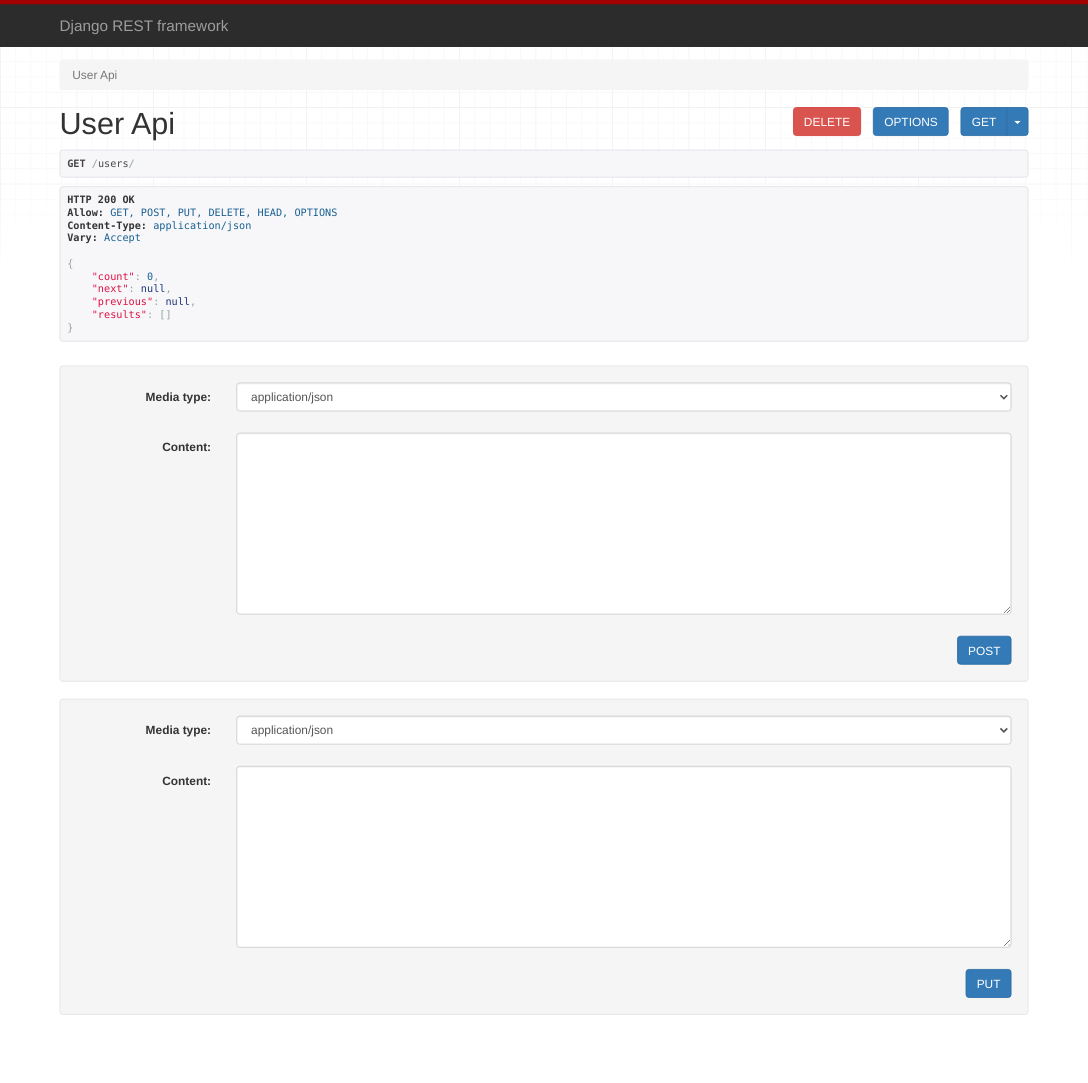
Repository: atulmhar/Pagination
Page: http://localhost/users/
An editor plug-in stored every save of this project. The page is shown before and after the next save, followed by the edit.
The browser window is 1280 px wide. The pictures show the whole page, at 85% of full size.
Backgrounds fixed to the window are drawn as part of the page. The page is served by the project's application, run on Django 4.2 (pagination/manage.py). Queries for data that is not in the repository find no rows.

Above is the page before, as saved 2024-09-28 19:01:40.

After the next save:
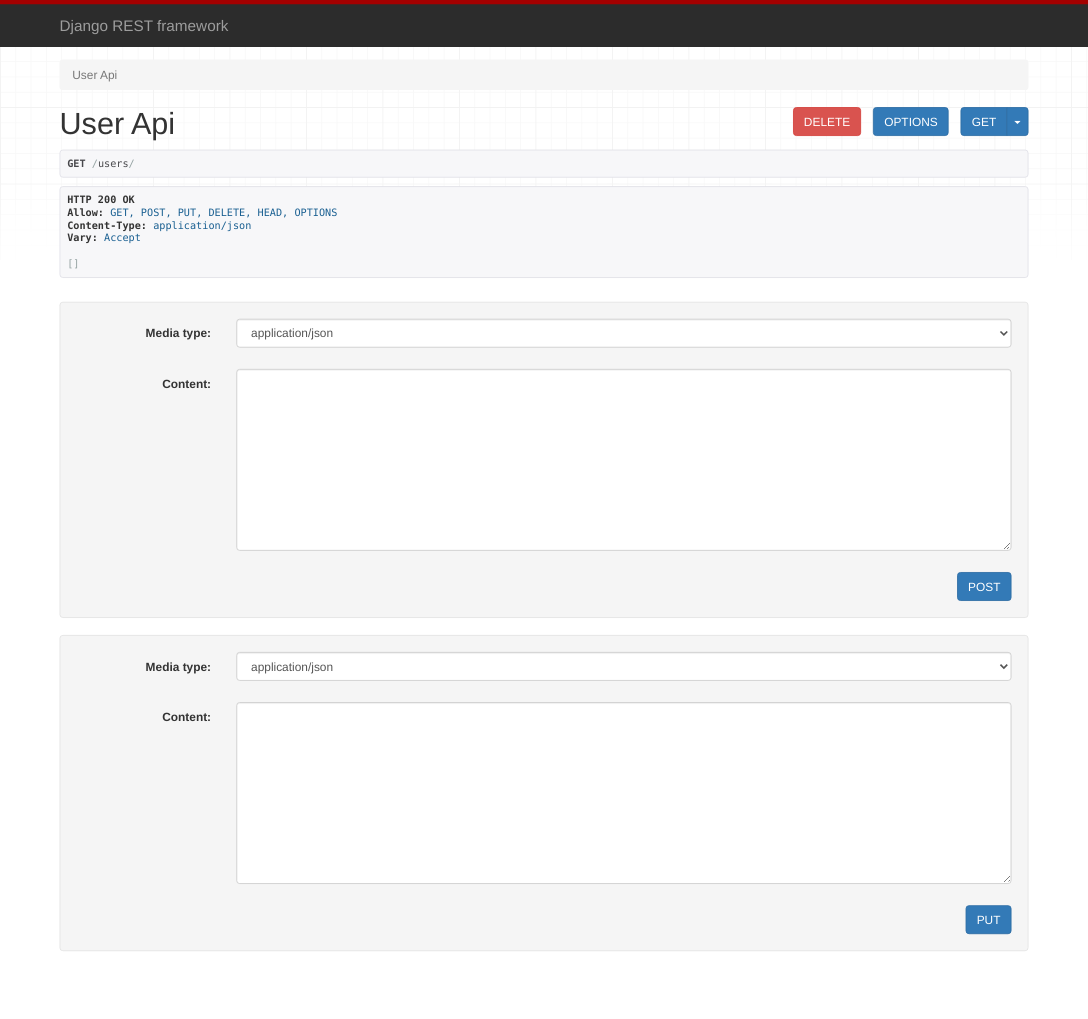
Saved 2 days later.
--- a/pagination/App/views.py
+++ b/pagination/App/views.py
@@ -1,17 +1,10 @@
 from rest_framework.views import APIView
 from rest_framework.response import Response
 from rest_framework import status
-from rest_framework.pagination import PageNumberPagination
 from .models import User
 from .serializers import UserSerializer
 
-class UserPagination(PageNumberPagination):
-    page_size = 10  # Number of users per page
-    page_size_query_param = 'page_size'  # Allow clients to set page size
-    max_page_size = 100  # Maximum page size
-
 class UserAPIView(APIView):
-    pagination_class = UserPagination  # Set the pagination class
 
     def get(self, request, pk=None):
         if pk:  # Retrieve a single user if pk is provided
@@ -21,12 +14,10 @@ class UserAPIView(APIView):
                 return Response(serializer.data)
             except User.DoesNotExist:
                 return Response(status=status.HTTP_404_NOT_FOUND)
-        else:  # List all users with pagination
+        else:  # List all users without pagination
             users = User.objects.all()
-            paginator = self.pagination_class()
-            paginated_users = paginator.paginate_queryset(users, request)
-            serializer = UserSerializer(paginated_users, many=True)
-            return paginator.get_paginated_response(serializer.data)
+            serializer = UserSerializer(users, many=True)
+            return Response(serializer.data)
 
     def post(self, request):
         # CREATE a new user
